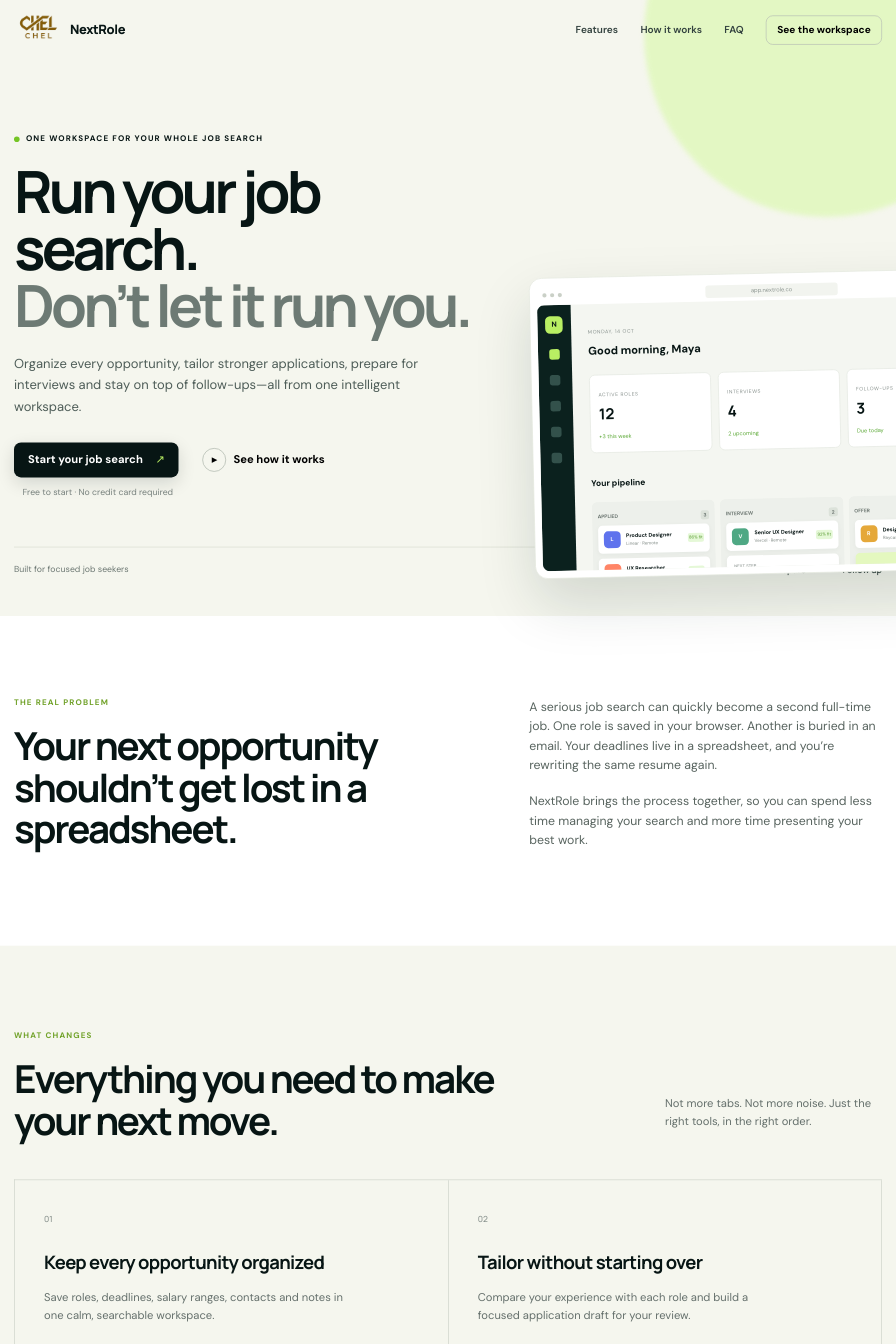
Repository: Lovethrech/NextRole-Nuxt-Portfolio
Page: /
These files come from the project's save history. The page is drawn as it stood at one moment and after the next save; the edit follows.
The browser window is 1280 px wide. The pictures show the part of the page from y = 0 to 1920 px (the page is 5240 px tall), at 70% of full size.
The project was rebuilt for these pictures with package versions that can differ from the ones it lists, and the page was loaded fresh each time. The framework's server and built-in components were replaced by stand-ins that run in the browser. Also part of the build but not shown: nuxt.config.js.

Above is the page before, as saved 2026-09-12 16:26:00.

After the next save:
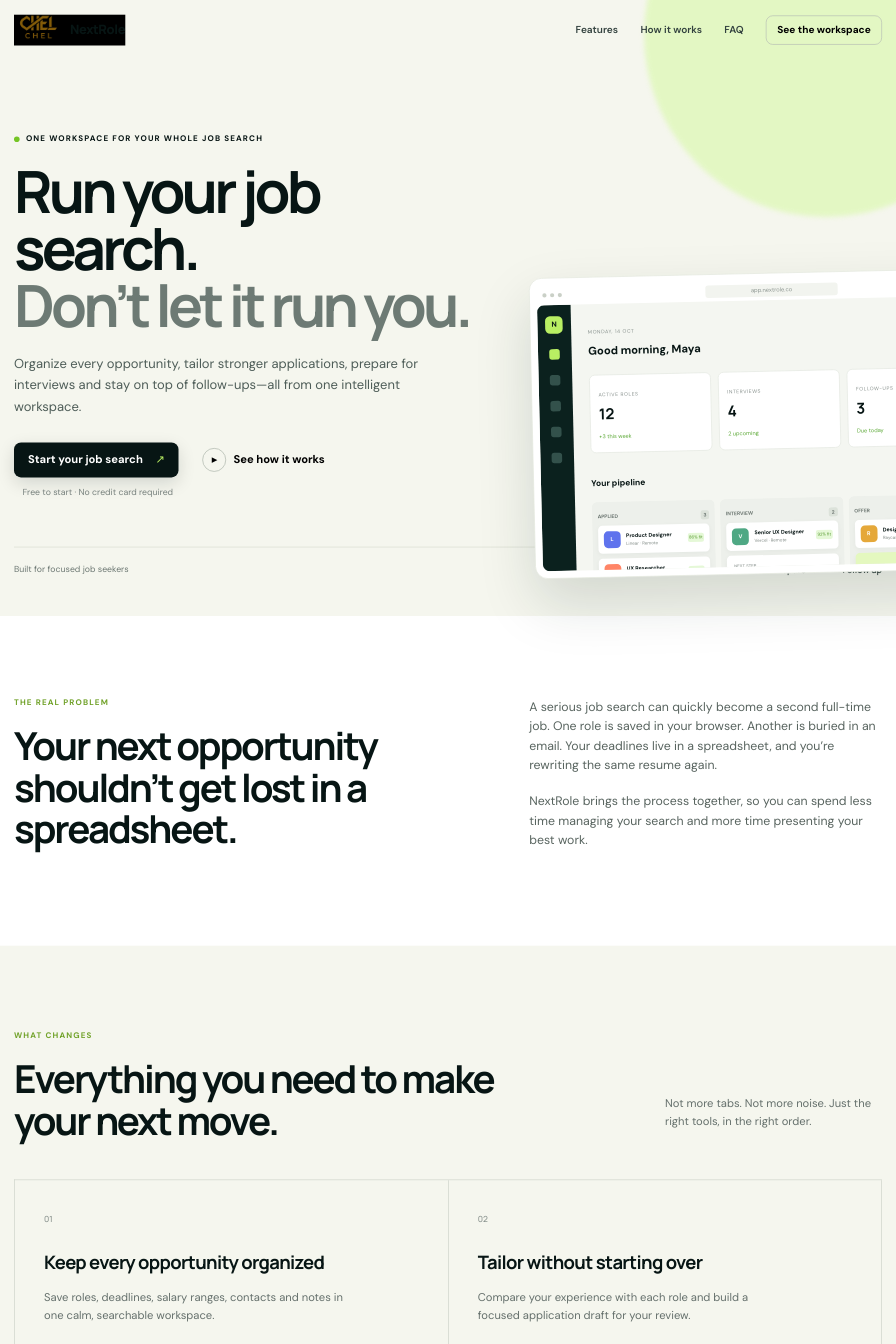
Saved 5 s later.
--- a/assets/css/main.css
+++ b/assets/css/main.css
@@ -66,7 +66,7 @@
 
 /* END */
 .brand{
-    background-color: ;
+    background-color: #000000;
     display:flex;
     align-items:center;
     gap:10px;
